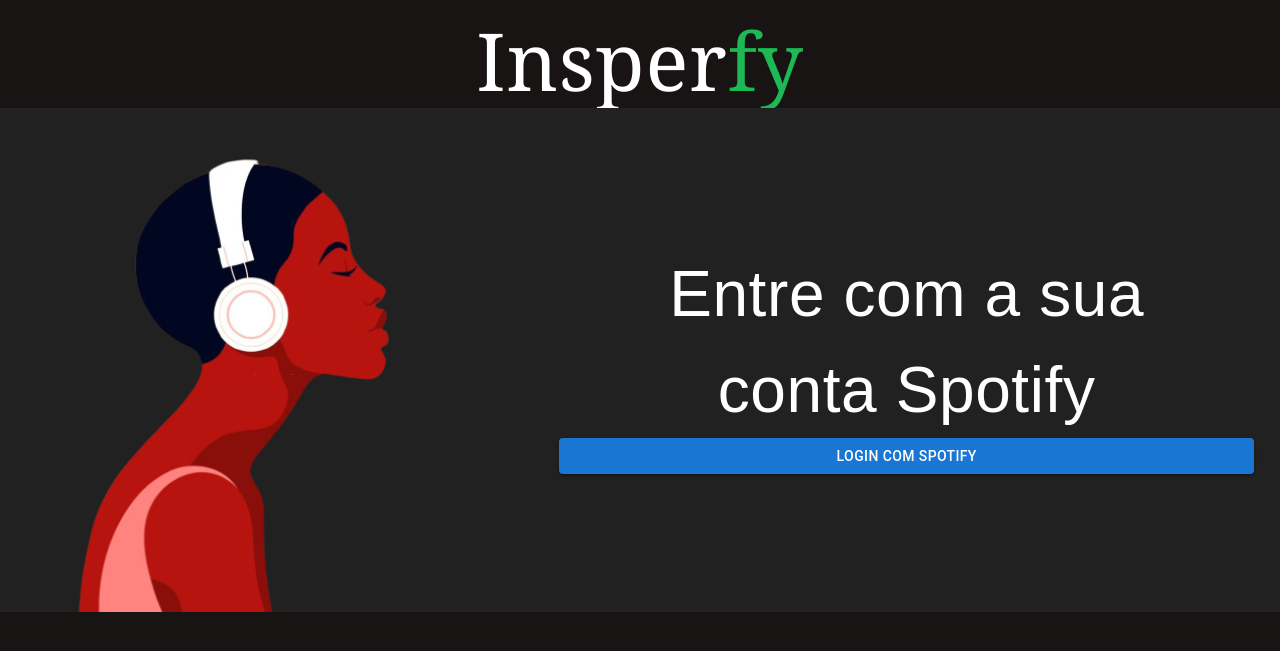
Repository: insper-tecnologias-web/projeto-3-projeto-3
Page: / (app in insperfy/)
An editor plug-in stored every save of this project. The page is shown before and after a run of saves, followed by the edit.
The browser window is 1280 px wide. The pictures show the whole page.
Some web fonts or font styles are not loaded; a fallback is used. The project was rebuilt for these pictures with package versions that can differ from the ones it lists, and the page was loaded fresh each time.

Above is the page before, as saved 2022-05-30 19:18:59.

### insperfy/public/index.html
<!DOCTYPE html>
<html lang="en">
  <head>
    <meta charset="utf-8" />
    <link rel="icon" href="%PUBLIC_URL%/favicon.ico" />
    <link href="http://fonts.cdnfonts.com/css/georgia" rel="stylesheet">

    <meta name="viewport" content="width=device-width, initial-scale=1" />
    <meta name="theme-color" content="#000000" />
    <meta
      name="description"
      content="Web site created using create-react-app"
    />
    <link rel="apple-touch-icon" href="%PUBLIC_URL%/logo192.png" />
    <!--
      manifest.json provides metadata used when your web app is installed on a
      user's mobile device or desktop. See https://developers.google.com/web/fundamentals/web-app-manifest/
    -->
    <link rel="manifest" href="%PUBLIC_URL%/manifest.json" />
    <!--
      Notice the use of %PUBLIC_URL% in the tags above.
      It will be replaced with the URL of the `public` folder during the build.
      Only files inside the `public` folder can be referenced from the HTML.

      Unlike "/favicon.ico" or "favicon.ico", "%PUBLIC_URL%/favicon.ico" will
      work correctly both with client-side routing and a non-root public URL.
      Learn how to configure a non-root public URL by running `npm run build`.
    -->
    <title>React App</title>
  </head>
  <body>
    <noscript>You need to enable JavaScript to run this app.</noscript>
    <div id="root"></div>
    <!--
      This HTML file is a template.
      If you open it directly in the browser, you will see an empty page.

      You can add webfonts, meta tags, or analytics to this file.
      The build step will place the bundled scripts into the <body> tag.

      To begin the development, run `npm start` or `yarn start`.
      To create a production bundle, use `npm run build` or `yarn build`.
    -->
  </body>
</html>

### insperfy/src/index.css
:root{
  --darkerBg: #191414;
  --lighterBg: #212121;
  --green: #1DB954;
  --white: #fff;
  --red: #FF3636;
}
body {
  margin: 0;
  font-family: 'Georgia', sans-serif;

  -webkit-font-smoothing: antialiased;
  -moz-osx-font-smoothing: grayscale;
  height: 100%;
  background-color: var(--darkerBg);
}
html{
  height: 100%;
}
code {
  font-family: source-code-pro, Menlo, Monaco, Consolas, 'Courier New',
    monospace;
}

### insperfy/src/App.js

import Login from './components/Insperfy/paginaLogin';
import Box from '@mui/material/Box';
function App() {
  return (
    <Box sx={{ height : "100vh"}}>
      <Login/>
    </Box>
  );
}

export default App;

### insperfy/src/components/Insperfy/paginaLogin.js
import React from "react";
import Box from '@mui/material/Box';
import Grid from '@mui/material/Grid';
import Typography from '@mui/material/Typography';
import Button from '@mui/material/Button';
import imagem from '../../imagem.png'
export default function Login() {
    return (
        <Box sx={{ flexGrow: 1 }}>
            <Grid container spacing={0} sx={{ height: "100vh" }}>
                <Grid item xs={12} sx={{ height: "15vh" }} align="center">
                    <Typography sx={{ fontFamily: "Georgia, sans-serif", fontSize: "5rem", color: "white" }}>
                        Insper<span style={{ color: "var(--green)" }}>fy</span>
                    </Typography>
                </Grid>

                <Grid container item xs={12} sx={{ height: "70vh", backgroundColor: "var(--lighterBg)" }}>
                    <Grid item xs={5} sx={{ height: "100%"}}>
                        <img src={imagem} style={{height: "70vh", position:"relative", bottom:0}}/>
                    </Grid>
                    <Grid container item direction="column" align="center" xs={7} sx={{ height: "100%", padding:"2%", justifyContent:"center" }}>
                        <Typography sx={{ fontFamily: "Gotham, sans-serif", fontSize: "4rem", color: "white" }}>Entre com a sua </Typography>
                        <Typography sx={{ fontFamily: "Gotham, sans-serif", fontSize: "4rem", color: "white" }}>conta Spotify</Typography>
                        <Button variant="contained" sx>Login com Spotify</Button>
                    </Grid>
                </Grid>

                <Grid item xs={12} sx={{ height: "15vh" }}>

                </Grid>

            </Grid>
        </Box>
    );
}

Loaded but not shown: insperfy/src/index.js (common file); insperfy/src/reportWebVitals.js (common file)

After the next 4 saves:
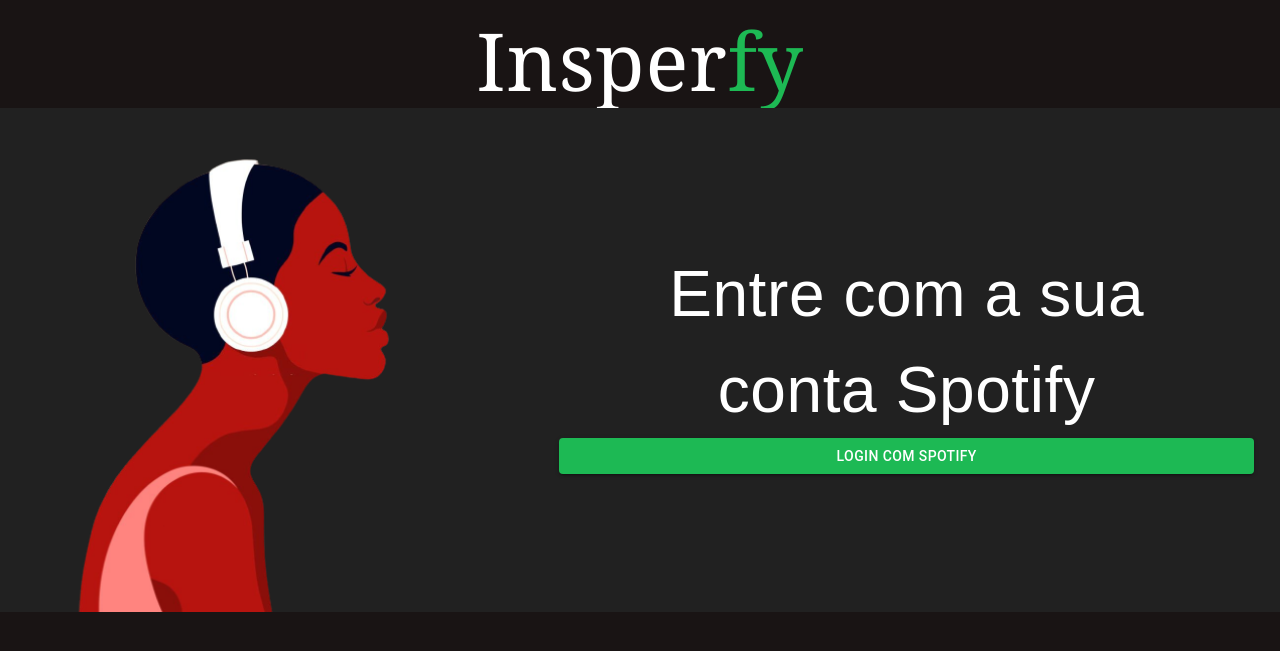
The 4 saves are shown as one change because 1 did not build or start and some came seconds apart.
The last was saved 17 s later.
--- a/insperfy/src/components/Insperfy/paginaLogin.js
+++ b/insperfy/src/components/Insperfy/paginaLogin.js
@@ -21,7 +21,7 @@
                     <Grid container item direction="column" align="center" xs={7} sx={{ height: "100%", padding:"2%", justifyContent:"center" }}>
                         <Typography sx={{ fontFamily: "Gotham, sans-serif", fontSize: "4rem", color: "white" }}>Entre com a sua </Typography>
                         <Typography sx={{ fontFamily: "Gotham, sans-serif", fontSize: "4rem", color: "white" }}>conta Spotify</Typography>
-                        <Button variant="contained" sx>Login com Spotify</Button>
+                        <Button variant="contained" sx={{backgroundColor:"var(--green)"}}>Login com Spotify</Button>
                     </Grid>
                 </Grid>
 
